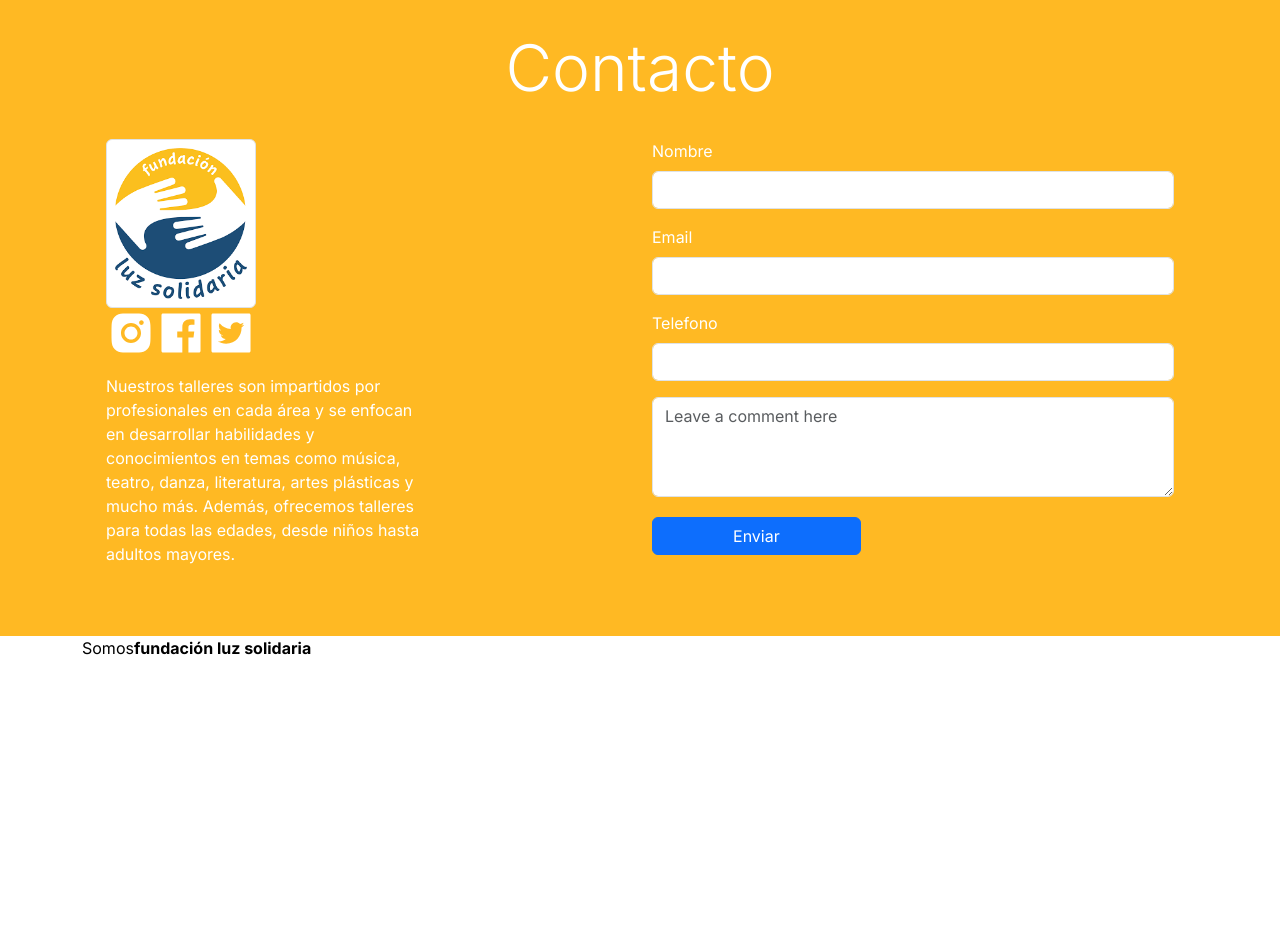
Repository: JtoralesK/dwf11
Page: /
These files come from the project's save history. The page is drawn as it stood at one moment and after the next save; the edit follows.
The browser window is 1280 px wide. The pictures show the whole page.
The project was rebuilt for these pictures with package versions that can differ from the ones it lists, and the page was loaded fresh each time. The framework's server and built-in components were replaced by stand-ins that run in the browser. Also part of the build but not shown: next.config.js.

Above is the page before, as saved 2023-05-31 18:27:41.

### src/app/page.tsx
import Image from "next/image";
import styles from "./page.module.css";
import { Contacto } from "./components/contacto";
import { Footer } from "./components/footer";
export default function Home() {
  return (
    <>
      <Contacto />
      <Footer/>
    </>
  );
}

### src/app/components/contacto/index.tsx
import "bootstrap/dist/css/bootstrap.min.css";
import { SectionInputs } from "./sectionInput";
import { FaBeer } from "react-icons/fa";
import {
  AiFillInstagram,
  AiFillFacebook,
  AiFillTwitterSquare,
} from "react-icons/ai";

export function Contacto() {
  return (
    <>
      <div
        style={{
          backgroundColor: "#ffb923",
          color: "white",
          padding: "30px",
        }}
      >
        <div className="container-sm text-center ">
          <h1 className="font-weight-bold display-3">Contacto</h1>
          <div className="row p-lg-4">
            <div className="col-sm-16 col-md-6 text-center ">
              <div className=" d-md-flex flex-column d-none">
                <img
                  src="data:[embedded picture, 9291 characters]
            BU5I/166HRl7DM0JHd93otkupwE9wh+8Q4HuTkd/vz/99LosEf7UOF1LGvesnj8LX1fZVn3s7jZfh5drVp8XZWG/h8zs0VCdp8KmQAAAABJRU5ErkJggg=="
                  className="img-thumbnail rounded float-start p-2"
                  style={{ width: "150px" }}
                  alt="..."
                ></img>
                <div
                  className="d-flex flex-row mb-3 justify-content-around "
                  style={{ width: "150px" }}
                >
                  <AiFillInstagram size={"50px"} />
                  <AiFillFacebook size={"50px"} />
                  <AiFillTwitterSquare size={"50px"} />
                </div>
                <div style={{ width: "60%" }}>
                  <p className="text-start">
                    Nuestros talleres son impartidos por profesionales en cada
                    área y se enfocan en desarrollar habilidades y conocimientos
                    en temas como música, teatro, danza, literatura, artes
                    plásticas y mucho más. Además, ofrecemos talleres para todas
                    las edades, desde niños hasta adultos mayores.
                  </p>
                </div>
              </div>
            </div>
            <div className="col-sm-16 col-md-6 text-center ">
              <SectionInputs />
            </div>
          </div>
        </div>
      </div>
    </>
  );
}

### src/app/components/footer/index.tsx
import React from 'react'
import "./style.css";
export const Footer = () => {
  return (
    <footer className="footer">
    <div className="contenedor-footer container">
        <div className="redes-sociales">
            <a href="https://www.facebook.com" className="link-redes_sociales" ><i className="fab fa-facebook facebook"></i></a>
            <a href="https://www.instagram.com" className="link-redes_sociales" ><i className="fab fa-instagram instagran"></i></a>
            <a href="https://www.linkedin.com" className="link-redes_sociales" ><i className="fab fa-linkedin linkedin"></i></a>
            <a href="https:/www.github.com" className="link-redes_sociales" ><i className="fab fa-github-square github"></i></a>
        </div>
        <div className="footer-text">
            <p className="title-copy">Somos<strong>fundación luz solidaria</strong></p>
        </div>
    </div>
  </footer>
  )
}

### src/app/components/contacto/sectionInput.tsx
import "bootstrap/dist/css/bootstrap.min.css";

export function SectionInputs() {
  const style = {
    margin: "20px 0",
    width: "40%",
    "@media (min-width: 768px)": {
      width: "40%",
    },
  } as React.CSSProperties;
  return (
    <>
      <form className="d-flex flex-column text-start" style={{ width: "100%" }}>
        <div className="mb-3">
          <label className="form-label">
            <p style={{ margin: "0" }}>Nombre</p>
          </label>
          <input
            type="text"
            className="form-control"
            id="exampleInputEmail1"
            aria-describedby="emailHelp"
          />
        </div>
        <div className="mb-3">
          <label className="form-label">
            <p style={{ margin: "0" }}>Email</p>
          </label>
          <input
            type="email"
            className="form-control"
            id="exampleInputPassword1"
          />
        </div>
        <div className="mb-3">
          <label className="form-label">
            <p style={{ margin: "0" }}>Telefono</p>
          </label>
          <input
            type="email"
            className="form-control"
            id="exampleInputPassword1"
          />
        </div>
        <textarea
          className="form-control"
          style={{ height: "100px" }}
          placeholder="Leave a comment here"
          id="floatingTextarea"
        ></textarea>
        <button
          style={style}
          type="submit"
          className="btn btn-primary w-md-auto"
        >
          Enviar
        </button>
      </form>
    </>
  );
}

### src/app/components/footer/style.css
footer{
    height: 300px;
    color:#000;
    background-color: #fff;
  }

Loaded but not shown: src/app/layout.tsx (common file); src/app/globals.css (common file)

After the next save:
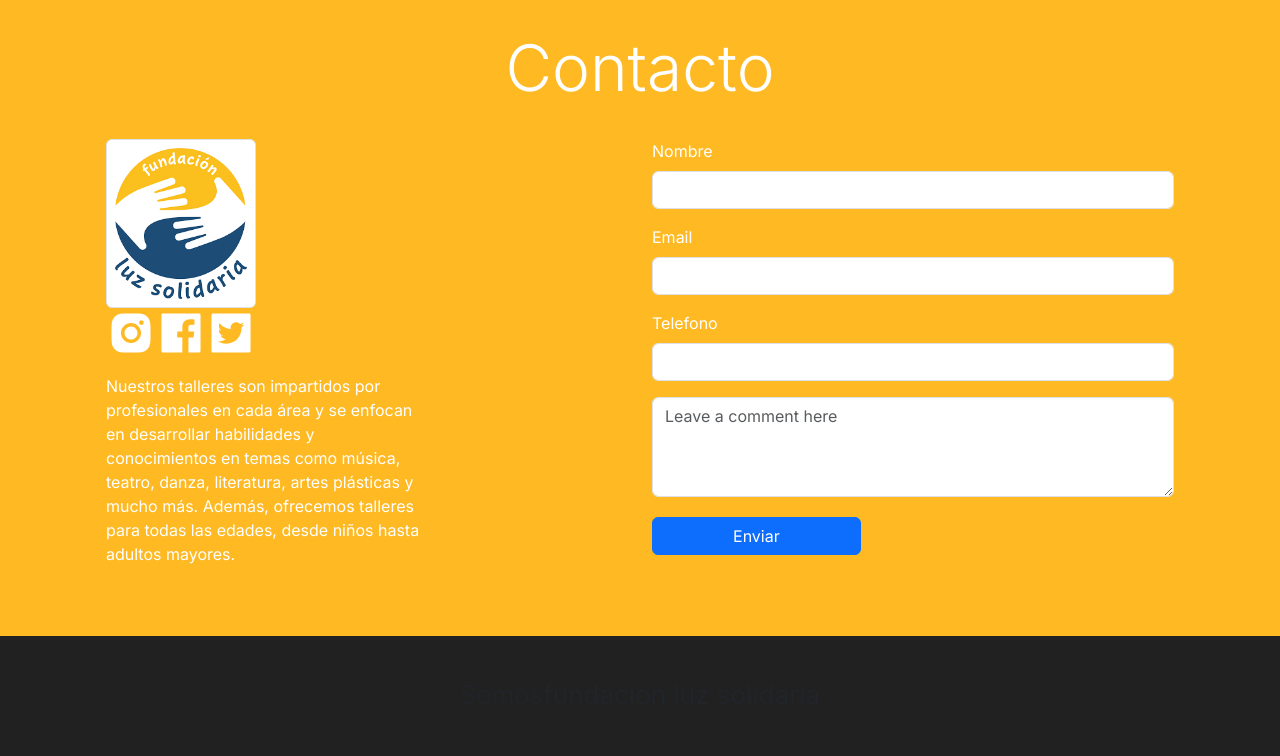
Saved 54 s later.
--- a/src/app/components/footer/style.css
+++ b/src/app/components/footer/style.css
@@ -1,5 +1,36 @@
-footer{
-    height: 300px;
-    color:#000;
-    background-color: #fff;
+.footer{
+    min-height: 120px;
+    line-height: 7px;
+    text-align: center;
+    font-size: 22px;
+
+    padding-top: 45px;
+    background-color: #212121;
+
+}
+
+.contenedor-footer {
+    display: flex;
+    flex-direction: column;
+    justify-content:center;
+    align-content: center;
+    margin: 0 auto;
+
   }
+  .footer-text{
+
+    display: flex;
+    justify-content: center;
+    align-items: center;
+    padding: 10px;
+  }
+  .title-copy {
+    text-align: center;
+    font-size: 26px;
+    font-weight: 300;
+  }
+  .title-footer{
+    text-decoration: none;
+    color: rgb(252, 136, 136);
+    margin-left: 5px;
+  }
